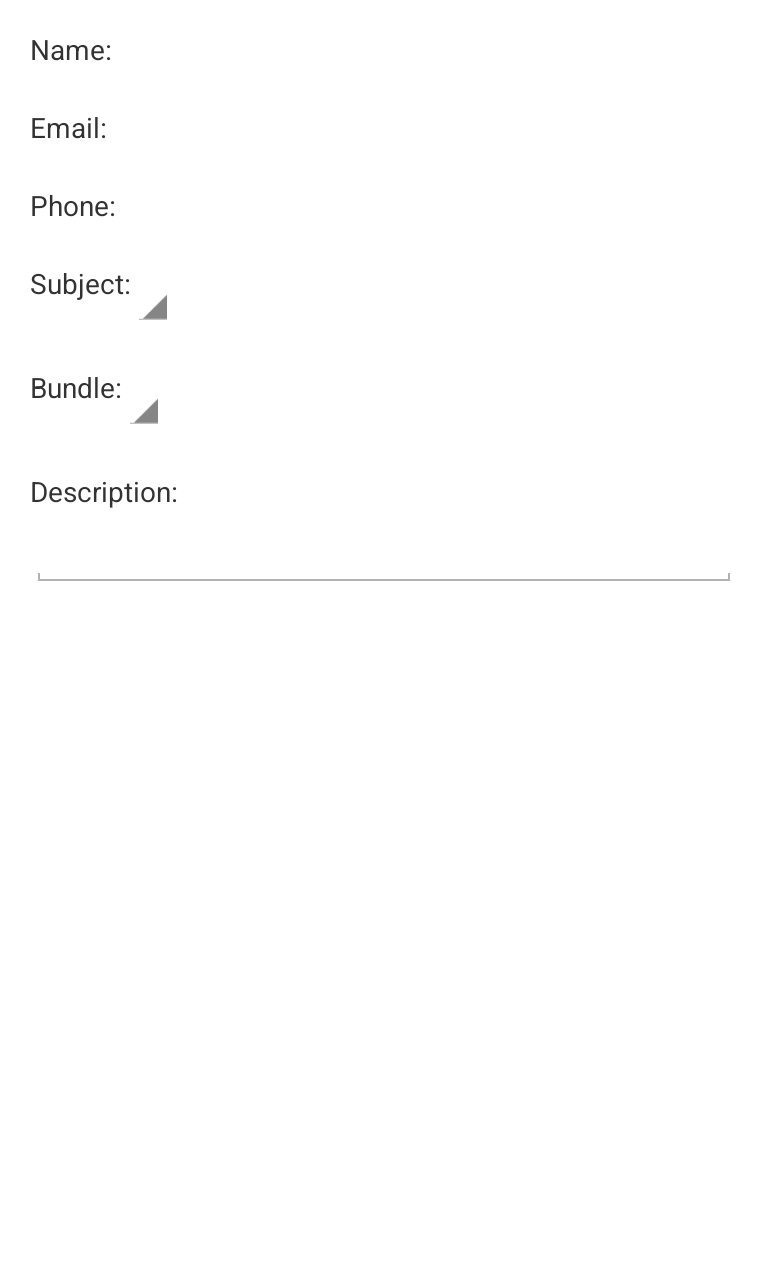
Repository: Pradeep-appstute/First
Layout: Control/res/layout/submit_view.xml
These files come from the project's save history. The layout is drawn as it stood at one moment and after the next save; the edit follows.
It is drawn on a 768 x 1280 px phone screen (xhdpi) without system bars, with theme AppTheme; the app's code is not run.

Above is the layout before, as saved 2014-02-24 11:40:19.

After the next save:
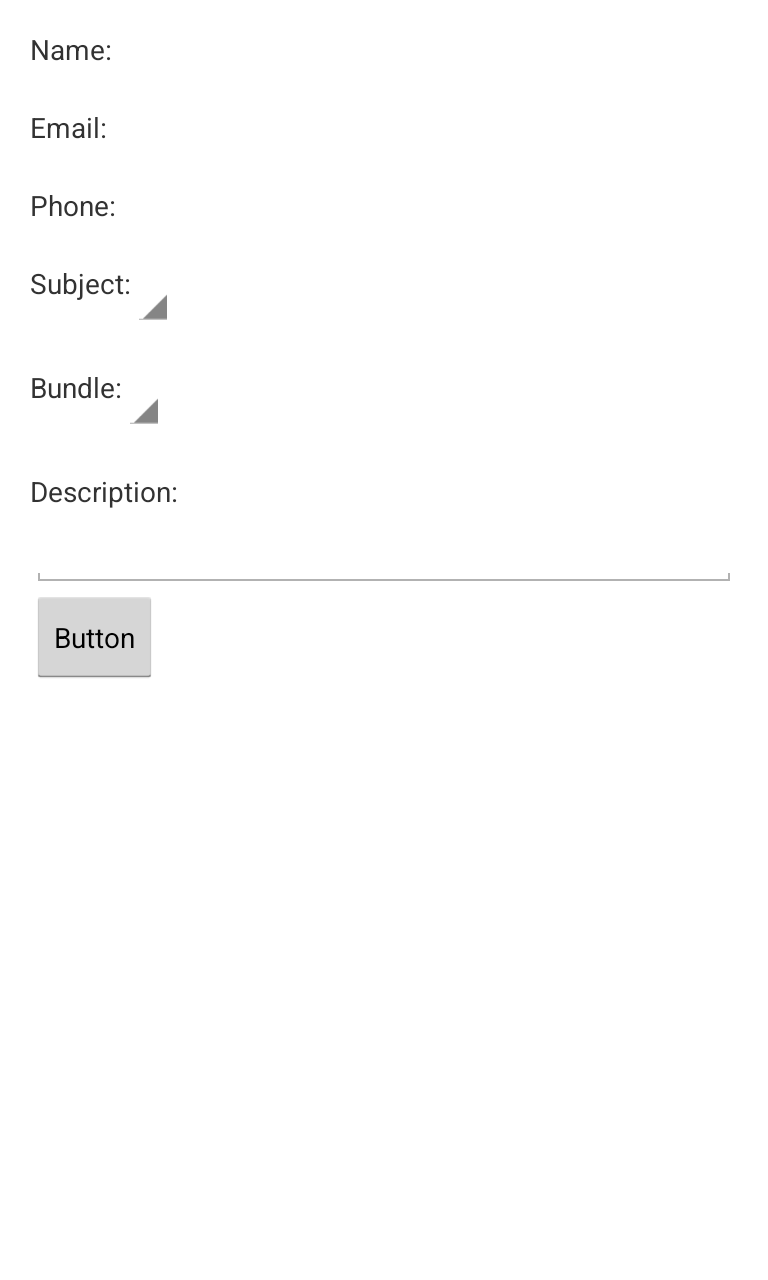
Saved 44 h 24 min later.
--- a/Control/res/layout/submit_view.xml
+++ b/Control/res/layout/submit_view.xml
@@ -112,4 +112,11 @@
         </EditText>
     </LinearLayout>
 
+    <Button
+        android:id="@+id/button1"
+        style="?android:attr/buttonStyleSmall"
+        android:layout_width="wrap_content"
+        android:layout_height="wrap_content"
+        android:text="Button" />
+
 </LinearLayout>
